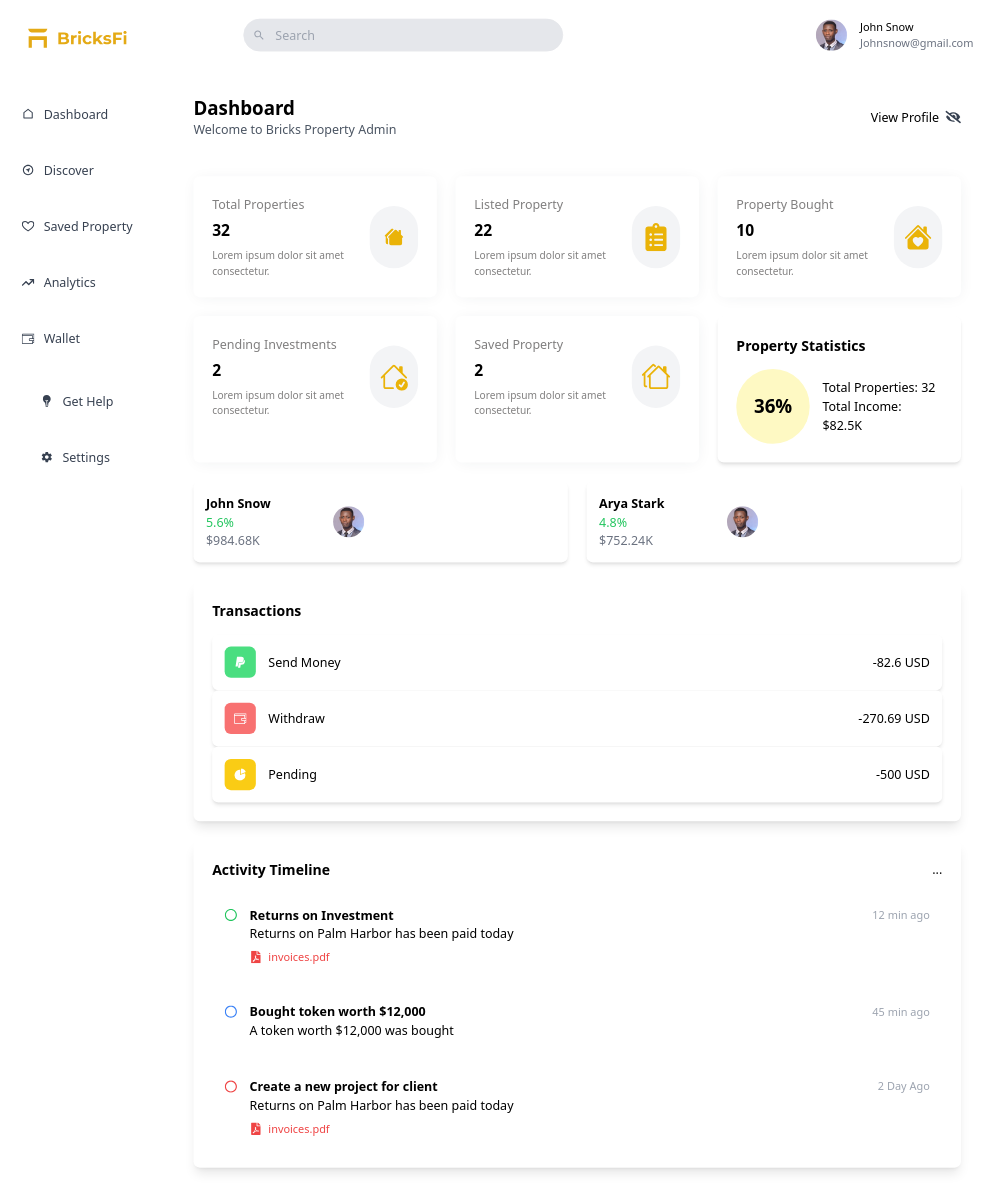
Repository: AyomideAkintade/BricksFi-Frontend
Page: /dashboard (app in client/)
These files come from the project's save history. The page is drawn as it stood at one moment and after the next save; the edit follows.
The browser window is 1280 px wide. The pictures show the whole page, at 78% of full size.
The page's requests for data from a server got no answer. The project was rebuilt for these pictures with package versions that can differ from the ones it lists, and the page was loaded fresh each time. No one was signed in, and anything a server would have sent is missing. Also part of the build but not shown: client/src/components/navbar.jsx, client/src/components/home.jsx, client/src/components/homeSecond.jsx, client/src/components/homeThird.jsx, client/src/components/homeFifth.jsx, client/src/components/homeSixth.jsx, client/src/components/homeSeventh.jsx, client/src/api/base.js and 11 more.

Above is the page before, as saved 2024-10-04 23:19:15.

After the next save:
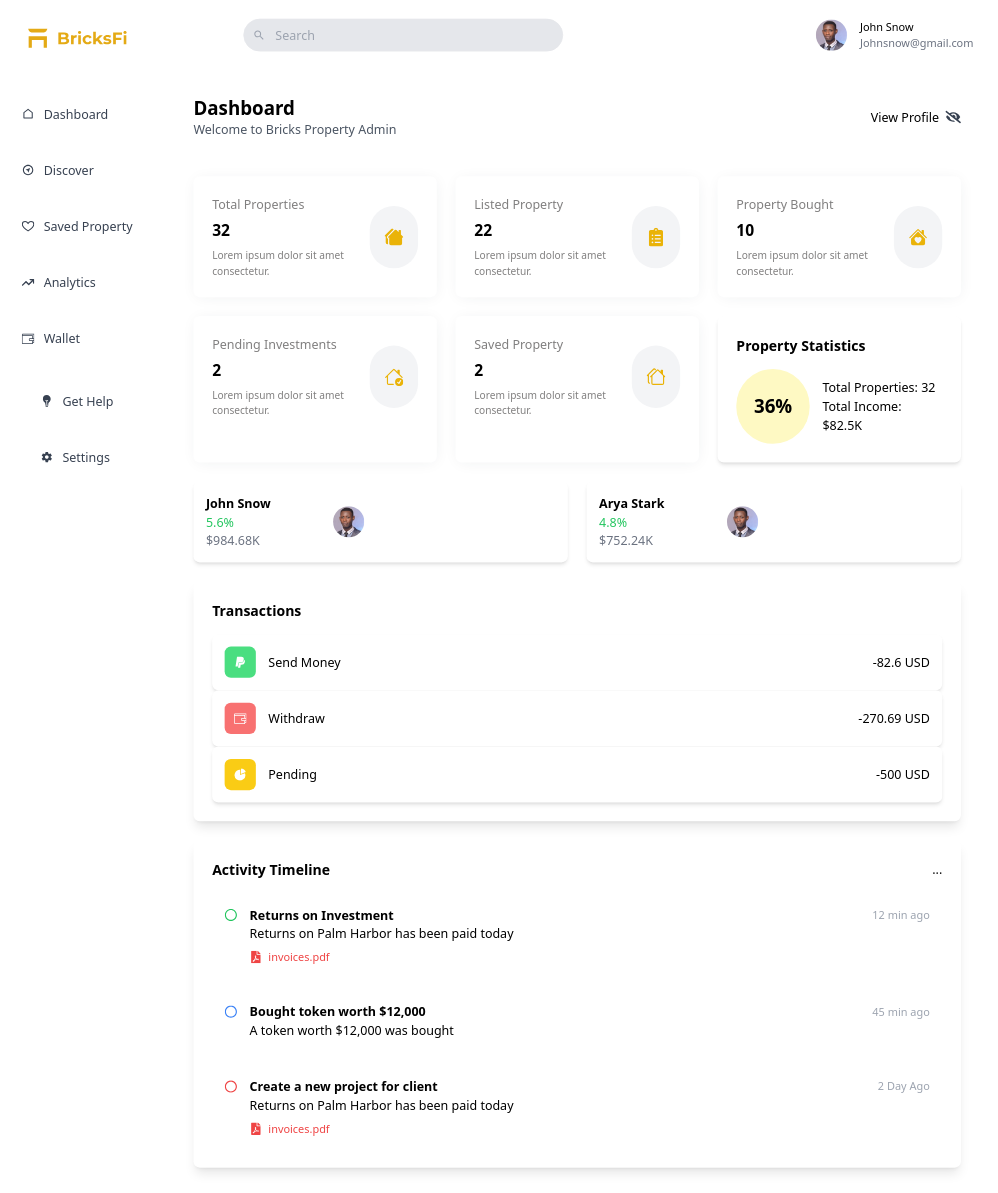
Saved 15 s later.
--- a/client/src/components/statCard.jsx
+++ b/client/src/components/statCard.jsx
@@ -28,31 +28,31 @@ const DashboardStats = () => {
                 title="Total Properties"
                 value="32"
                 paragraph="Lorem ipsum dolor sit amet consectetur."
-                icon={<BsFillHousesFill className="text-[24px]"/>}
+                icon={<BsFillHousesFill className="text-[24px]" />}
             />
             <StatCard
                 title="Listed Property"
                 value="22"
                 paragraph="Lorem ipsum dolor sit amet consectetur."
-                icon={<FaClipboardList />}
+                icon={<FaClipboardList className="text-[24px]" />}
             />
             <StatCard
                 title="Property Bought"
                 value="10"
                 paragraph="Lorem ipsum dolor sit amet consectetur."
-                icon={<BsFillHouseHeartFill />}
+                icon={<BsFillHouseHeartFill className="text-[24px]" />}
             />
             <StatCard
                 title="Pending Investments"
                 value="2"
                 paragraph="Lorem ipsum dolor sit amet consectetur."
-                icon={<BsHouseCheck />}
+                icon={<BsHouseCheck className="text-[24px]" />}
             />
              <StatCard
                 title="Saved Property"
                 value="2"
                 paragraph="Lorem ipsum dolor sit amet consectetur."
-                icon={<BsHouses />}
+                icon={<BsHouses className="text-[24px]" />}
             />
 
 
